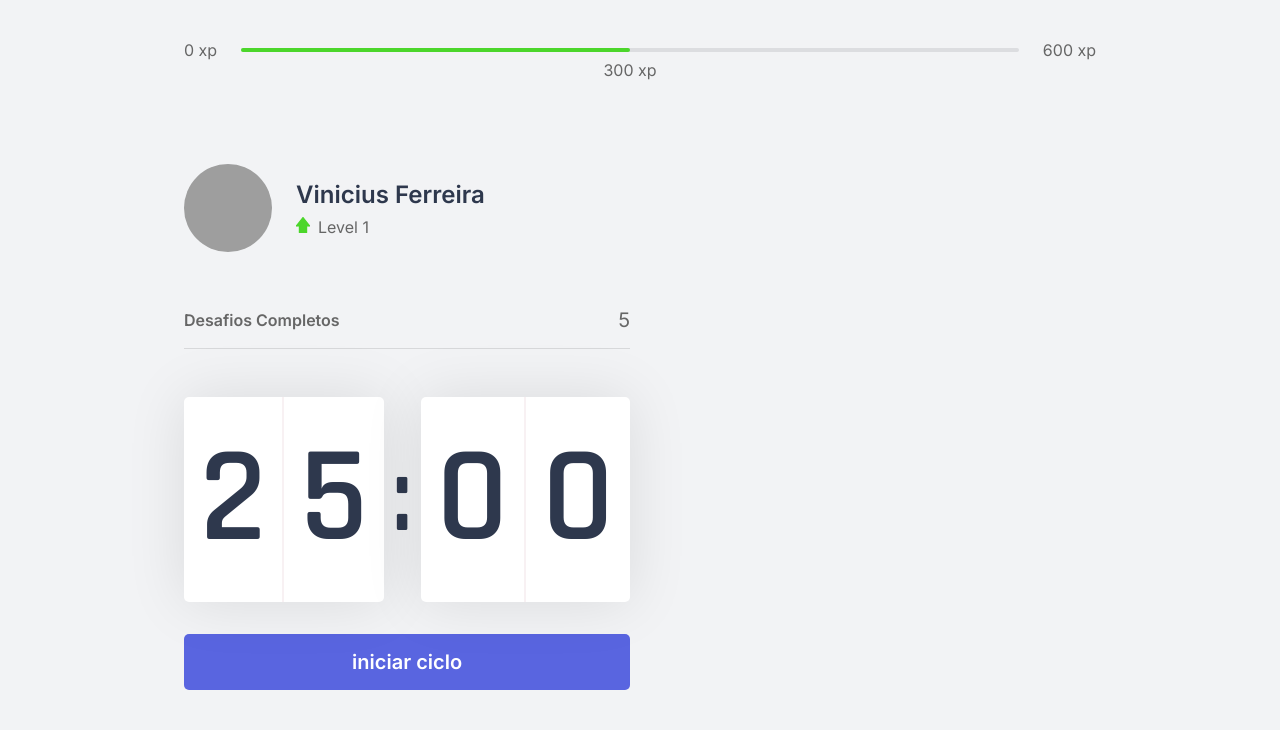
Repository: viniciusfg05/nlwFocus
Page: /
An editor plug-in stored every save of this project. The page is shown before and after the next save, followed by the edit.
The browser window is 1280 px wide. The pictures show the whole page.
Pictures or frames that could not be fetched are drawn as grey boxes. The project was rebuilt for these pictures with package versions that can differ from the ones it lists, and the page was loaded fresh each time. The framework's server and built-in components were replaced by stand-ins that run in the browser.

Above is the page before, as saved 2022-02-28 09:36:40.

After the next save:
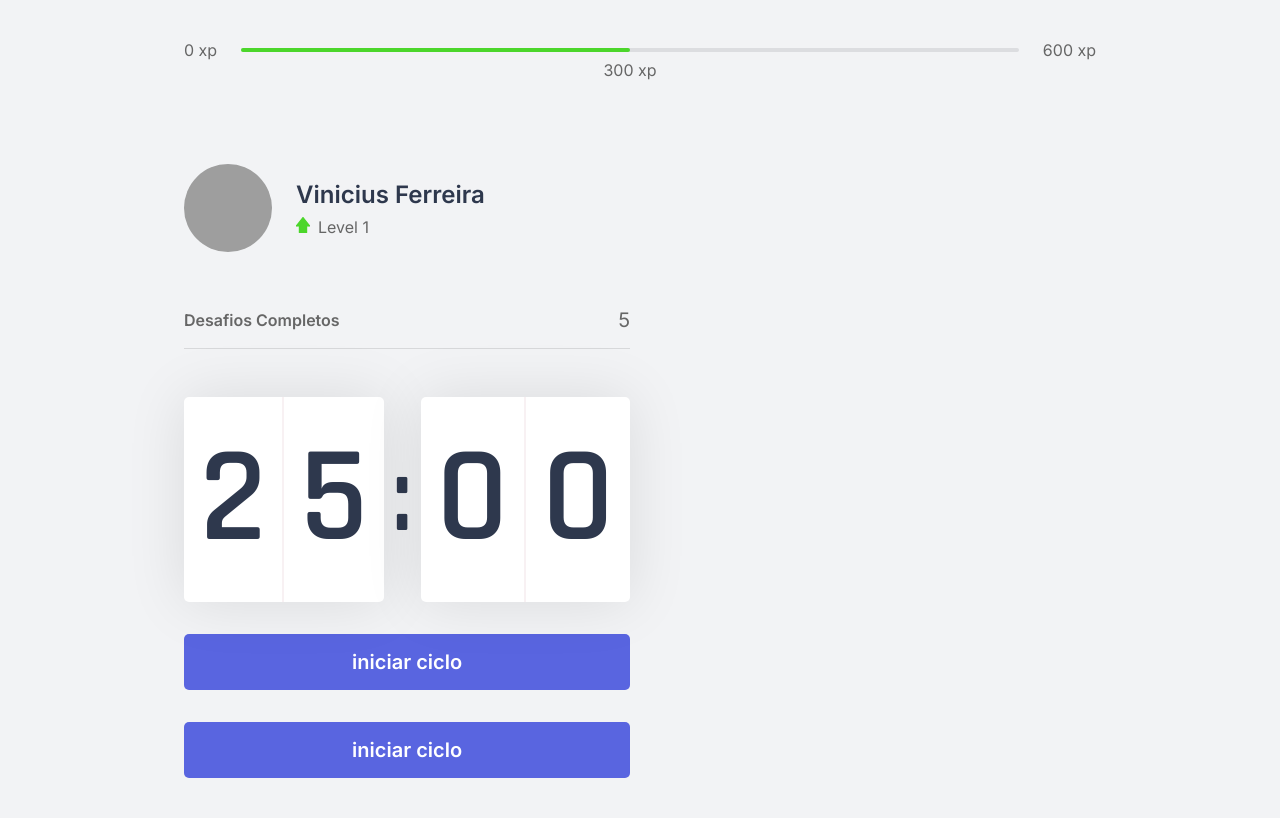
Saved 2 min 8 s later.
--- a/src/components/CountDown.tsx
+++ b/src/components/CountDown.tsx
@@ -47,6 +47,14 @@ export function CountDown() {
         >
             { isActive ? "Abondonar ciclo" : "iniciar ciclo"}
         </button>
+
+        <button
+        type="button"
+        className={styles.CountdownButton}
+        onClick={startCoutDown}
+        >
+         iniciar ciclo
+        </button>
         </div>
     )
 }
